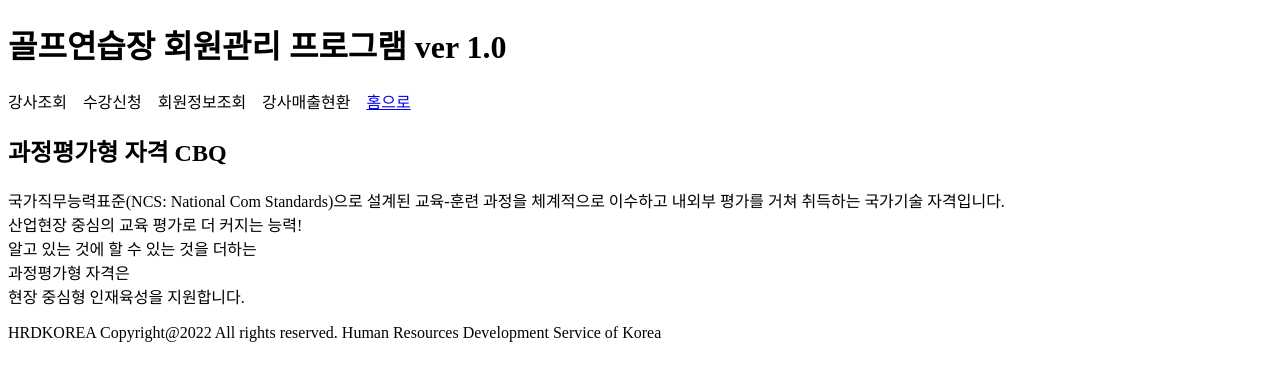
Repository: haileylee94/mini-project
Page: http://localhost/golf/WebEontent/index.jsp
The author's editor kept a copy of each file at every save. The page is drawn from the files as they stood at one save, then again after the next save.
The browser window is 1280 px wide. The pictures show the whole page.
The page is served by Tomcat 9.

Above is the page before, as saved 2022-11-21 06:21:43.

After the next save:
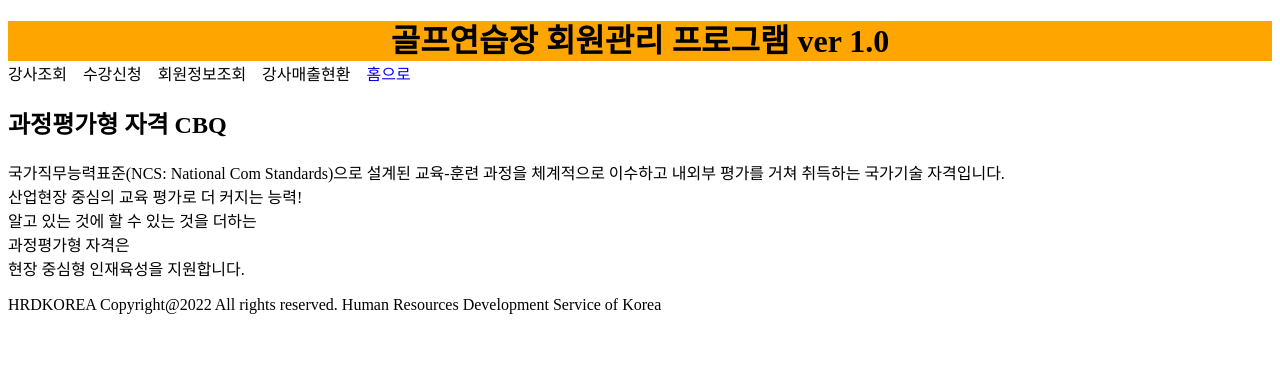
Saved 91 s later.
--- a/golf/WebEontent/index.jsp
+++ b/golf/WebEontent/index.jsp
@@ -5,6 +5,7 @@
 <head>
 <meta charset="UTF-8">
 <title>index</title>
+<link href="main.css" rel="stylesheet" type="text/css">
 </head>
 <body>
 	<header>

After the save that followed:
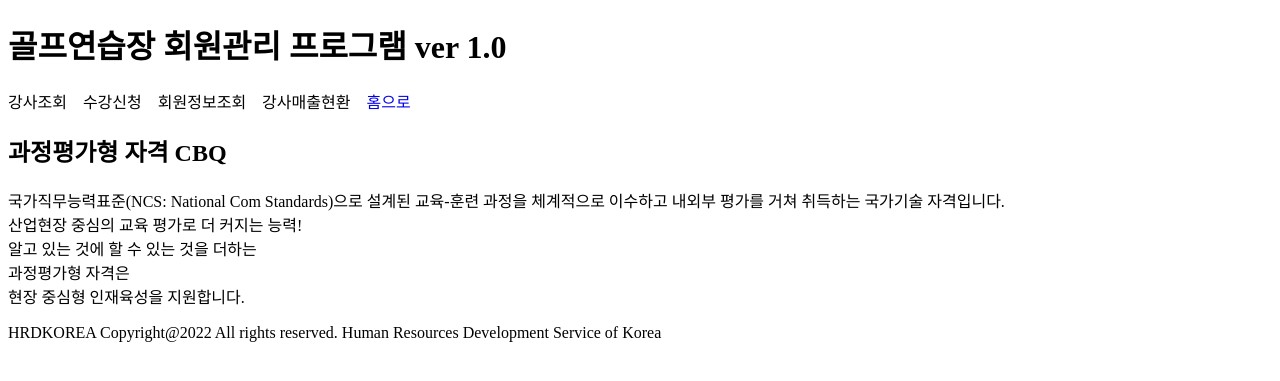
Saved 10 s later.
--- a/golf/WebEontent/index.jsp
+++ b/golf/WebEontent/index.jsp
@@ -8,7 +8,7 @@
 <link href="main.css" rel="stylesheet" type="text/css">
 </head>
 <body>
-	<header>
+
 		<h1>골프연습장 회원관리 프로그램 ver 1.0</h1>
 	</header>
 	<nav>
